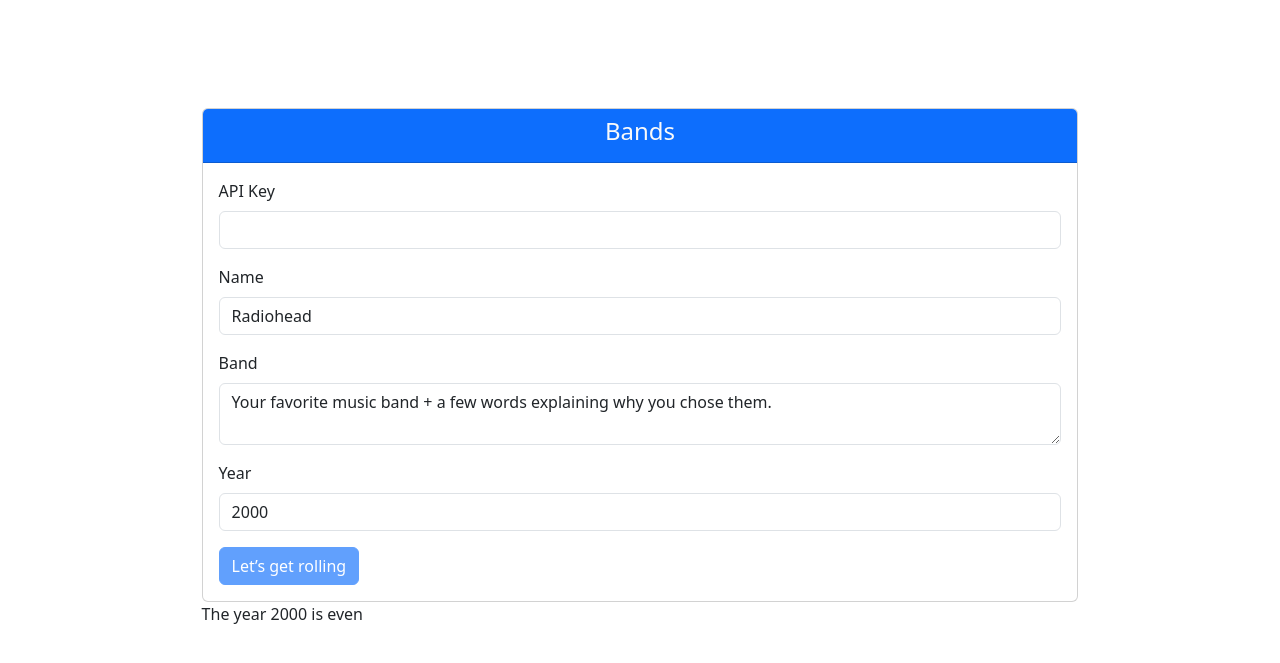
Repository: trider/teza-ai-app
Page: / (app in ng-teza-ai-app/)
The author's editor kept a copy of each file at every save. The page is drawn from the files as they stood at one save, then again after the next save.
The browser window is 1280 px wide. The pictures show the whole page.
The page's requests for data from a server got no answer. The project was rebuilt for these pictures with package versions that can differ from the ones it lists, and the page was loaded fresh each time. No one was signed in, and anything a server would have sent is missing. Also part of the build but not shown: ng-teza-ai-app/angular.json.

Above is the page before, as saved 2025-01-21 08:51:17.

After the next save:
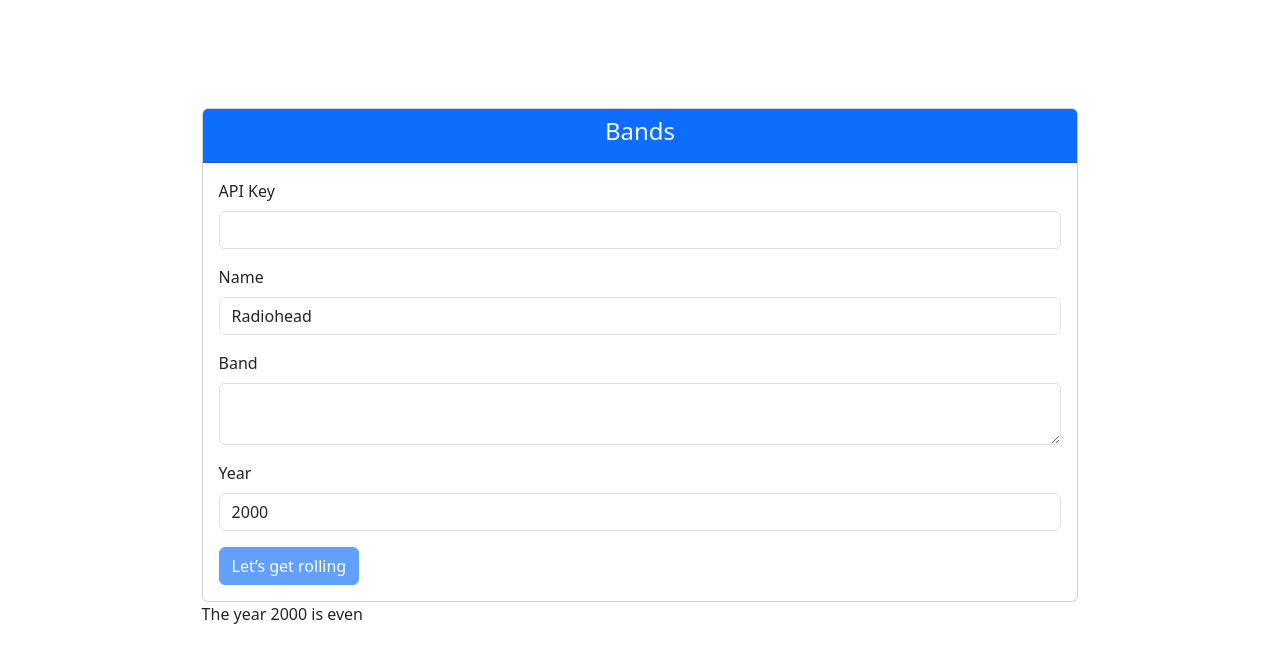
Saved 110 s later.
--- a/ng-teza-ai-app/src/app/band-lookup/band-lookup.component.ts
+++ b/ng-teza-ai-app/src/app/band-lookup/band-lookup.component.ts
@@ -58,7 +58,11 @@ export class BandLookupComponent  implements OnInit {
 
   ngOnInit(): void {
     this.qryText = localStorage.getItem('qryTxt')?.toString() || ''
-    if(this.qryText !==null)this.generateText()
+    if(this.qryText !==null){
+      this.bandForm.patchValue({
+        band:this.qryText
+      })
+    }
   }
 
   checkKey(){
